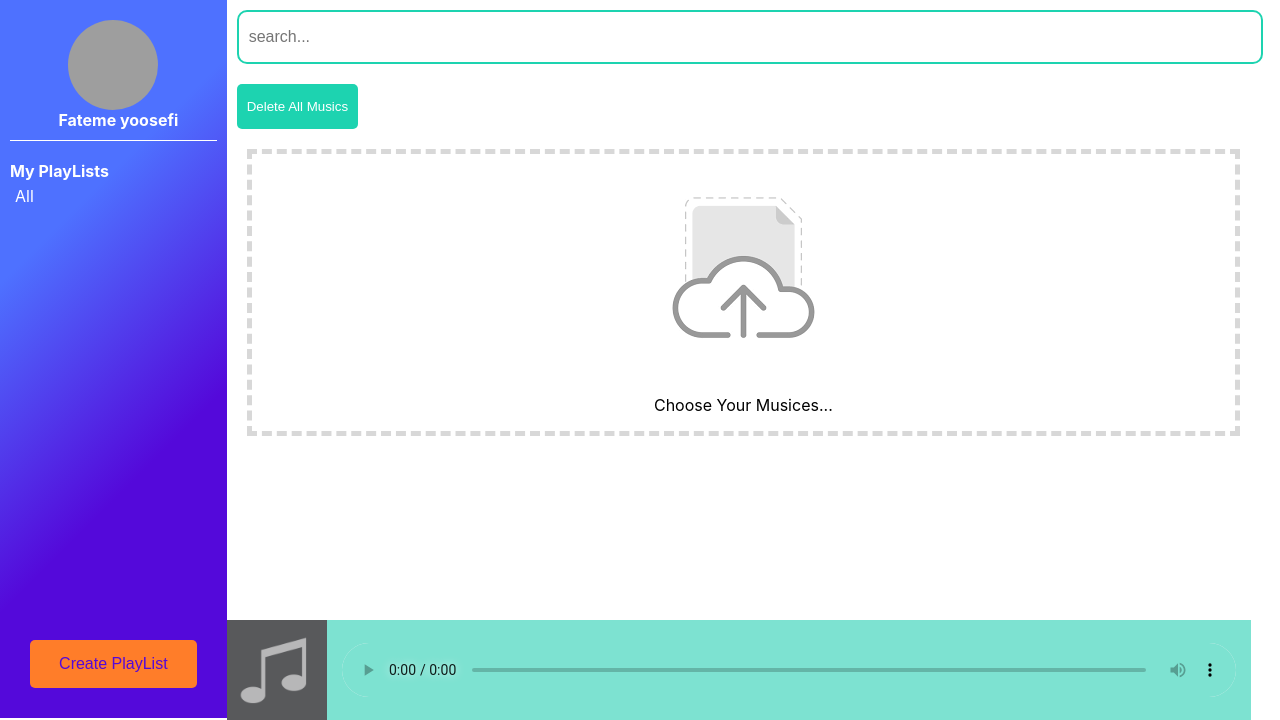
Repository: fateme81yosefi/musicPlayer
Page: /
The author's editor kept a copy of each file at every save. The page is drawn from the files as they stood at one save, then again after the next save.
The browser window is 1280 px wide. The pictures show the whole page.
Pictures or frames that could not be fetched are drawn as grey boxes. The project was rebuilt for these pictures with package versions that can differ from the ones it lists, and the page was loaded fresh each time.

Above is the page before, as saved 2025-06-28 13:52:41.

### src/App.js
import React from 'react';
import FileUploader from './Data/FileUploader/FileUploader';
import MainPage from './Components/MainPage/MainPage';


const App = () => {



  return (
    <div>
      <MainPage />
    </div>
  );
}

export default App;

### src/Data/FileUploader/FileUploader.js
import React, { useState, useEffect } from 'react';
import { useDropzone } from 'react-dropzone';
import { openDB } from 'idb';
import "./FileUploader.css";

const DB_NAME = 'AudioFilesDB';
const DB_VERSION = 1;
const STORE_NAME = 'audioFiles';

const initDB = async () => {
    const db = await openDB(DB_NAME, DB_VERSION, {
        upgrade(db) {
            if (!db.objectStoreNames.contains(STORE_NAME)) {
                const store = db.createObjectStore(STORE_NAME, { keyPath: 'name' });
                store.createIndex('category', 'category');
                store.createIndex('isFav', 'isFav');
            }
        }
    });
    return db;
};

const getStoredFiles = async (db) => {
    const tx = db.transaction(STORE_NAME, 'readonly');
    const store = tx.objectStore(STORE_NAME);
    return await store.getAll();
};

const storeFile = async (db, file) => {
    const tx = db.transaction(STORE_NAME, 'readwrite');
    const store = tx.objectStore(STORE_NAME);
    await store.put(file);
    await tx.done;
};


const FileUploader = ({ handlePlay, query, selectedCategory }) => {
    const [audioFiles, setAudioFiles] = useState([]);
    const [categories, setCategories] = useState([]);
    const [currentCategory, setCurrentCategory] = useState('All');


    const deleteAllFiles = async () => {
        const db = await initDB();
        const tx = db.transaction(STORE_NAME, 'readwrite');
        const store = tx.objectStore(STORE_NAME);
        await store.clear();
        await tx.done;
        window.location.reload()
    };

    useEffect(() => {
        const storedCategories = JSON.parse(localStorage.getItem('categories'));
        if (storedCategories) {
            setCategories(storedCategories);
        }
    }, []);


    useEffect(() => {
        setCurrentCategory(selectedCategory)
    }, [selectedCategory])


    useEffect(() => {
        if (query !== "") {
            setAudioFiles(audioFiles.filter((item) => item.name.toLowerCase().includes(query.toLowerCase())));
        } else {
            const fetchStoredFiles = async () => {
                const db = await initDB();
                const storedFiles = await getStoredFiles(db);
                setAudioFiles(storedFiles.map(file => ({
                    ...file,
                    data: URL.createObjectURL(new Blob([file.data], { type: file.type }))
                })));
            };

            fetchStoredFiles();
        }
    }, [query]);

    useEffect(() => {
        const fetchStoredFiles = async () => {
            const db = await initDB();
            const storedFiles = await getStoredFiles(db);
            setAudioFiles(storedFiles.map(file => ({
                ...file,
                data: URL.createObjectURL(new Blob([file.data], { type: file.type }))
            })));
        };

        fetchStoredFiles();
    }, []);

    const onDrop = async (acceptedFiles) => {
        const mp3Files = acceptedFiles.filter((file) => file.name.endsWith('.mp3'));

        const db = await initDB();

        for (const file of mp3Files) {
            const fileData = await file.arrayBuffer();
            await storeFile(db, { name: file.name, type: file.type, data: fileData, category: '' });
        }

        const storedFiles = await getStoredFiles(db);
        setAudioFiles(storedFiles.map(file => ({
            ...file,
            data: URL.createObjectURL(new Blob([file.data], { type: file.type }))
        })));
    };

    const handleCategoryChange = async (file, category) => {
        const updatedFile = { ...file, category };

        const db = await initDB();
        await storeFile(db, updatedFile);

        const storedFiles = await getStoredFiles(db);
        setAudioFiles(storedFiles.map(f => ({
            ...f,
            data: URL.createObjectURL(new Blob([f.data], { type: f.type }))
        })));
    };

    const { getRootProps, getInputProps } = useDropzone({ onDrop });

    return (
        <div className='containSingle'>

            <button className='deleteAll' onClick={deleteAllFiles}>Delete All Musics</button>
            {audioFiles
                .filter(file => currentCategory === "All" || file.category === currentCategory)
                .map((file, index) => (
                    <div className='singleSelectedAudio' key={index}>
                        <div className='row'>
                            <div className='containDetails'>
                                <img className='cover' alt="cover" src='/song_cover.png' />
                                <span className='name'>{file.name}</span>
                            </div>
                            <div className='row'>
                                <select
                                    value={file.category}
                                    onChange={(e) => handleCategoryChange(file, e.target.value)}
                                >
                                    <option value="">Select Category</option>
                                    {categories.map((category, index) => (
                                        <option key={index} value={category}>{category}</option>
                                    ))}
                                </select>
                                <button className='btnPlay' onClick={() => handlePlay(file)}>
                                    <img className='play' alt='icon' src='/play-button.svg' />
                                </button>
                            </div>
                        </div>
                        <audio className='selectedAudio' src={file.data} key={index} controls />
                    </div>
                ))}


            <div {...getRootProps()}>
                <input {...getInputProps()} />
                <div className='chooseFile'>
                    <img alt='drag file' src='/images.png' />
                    <p> Choose Your Musices...</p>
                </div>
            </div>
        </div>
    );
};

export default FileUploader;

### src/Components/MainPage/MainPage.js
import React, { useState, useEffect } from 'react';
import Modal from 'react-modal';
import FileUploader from "../../Data/FileUploader/FileUploader";
import "./MainPage.css";

const MainPage = () => {
    const [category, setCategory] = useState('');
    const [categories, setCategories] = useState([]);
    const [currentMusic, setCurrentMusic] = useState({});
    const [showModal, setShowModal] = useState(false);
    const [searchQuery, setSearchQuery] = useState('');
    const [selectedCategory, setSelectedCategory] = useState('');


    useEffect(() => {
        const storedCategories = JSON.parse(localStorage.getItem('categories'));
        if (storedCategories) {
            setCategories(storedCategories);
        }
    }, []);

    const handleAddCategory = () => {
        if (category) {
            const updatedCategories = [...categories, category];
            setCategories(updatedCategories);
            setCategory('');
            localStorage.setItem('categories', JSON.stringify(updatedCategories));
            setShowModal(false)
        }
    };

    const handlePlay = (file) => {
        setCurrentMusic(file);
    };


    return (
        <div className="container">
            <Modal
                isOpen={showModal}
                contentLabel="Create Playlist"
                className="modalCategory"
            >
                <h2>Create Playlist</h2>
                <input
                    type="text"
                    value={category}
                    placeholder='Enter Your Playlist Name'
                    onChange={(e) => setCategory(e.target.value)}
                />
                <button onClick={handleAddCategory}>Confirm</button>
            </Modal>

            <div className="leftMenue">
                <div className="top">
                    <div className="imageProfile">
                        <img src="https://encrypted-tbn0.gstatic.com/images?q=tbn:ANd9GcRXJA32WU4rBpx7maglqeEtt3ot1tPIRWptxA&s" alt="Profile" />
                        <div className="name">Fateme yoosefi</div>
                    </div>
                    <div className="categories">
                        <div className='playlist'>My PlayLists</div>
                        <div className='category' onClick={() => { setSelectedCategory('') }}>All</div>
                        {
                            categories.map((item, index) => <div key={index} className='category' onClick={() => { setSelectedCategory(item) }}>{item}</div>)
                        }
                    </div>
                </div>
                <button className='create' onClick={() => setShowModal(true)}>Create PlayList</button>
            </div>
            <div className="rightPage">
                <input className='inputSearch' placeholder="search..." onChange={(e) => setSearchQuery(e.target.value)}
                />
                <FileUploader handlePlay={handlePlay} query={searchQuery} selectedCategory={selectedCategory} />
                <div className="currentlyPlay">
                    <img src="/song_cover.png" alt="کاور آهنگ" />
                    <div className="containName">
                        <span className="musicName">{currentMusic.name}</span>
                        <audio id="player" src={currentMusic.data} controls ></audio>
                    </div>
                </div>
                <div>
                </div>
            </div>
        </div>
    )
};

export default MainPage;

### src/Data/FileUploader/FileUploader.css
.chooseFile{
    border: 5px dashed rgb(216, 216, 216);
    display: flex;
    flex-direction: column;
    align-items: center;
    justify-content: space-around;
    margin: 10px;
    margin-bottom: 100px;
}
.selectedAudio::-webkit-media-controls-panel{
    background-color: rgb(211, 211, 211);
    border: none;
}
.selectedAudio{
    border-radius: 0;
    background-color:  rgb(211, 211, 211);
    padding: 20px;
    width: 100% !important;
    display: none;
}
.singleSelectedAudio{
    background-color:  rgb(255, 255, 255);
    border-bottom: 1px solid rgb(238, 238, 238);
}
.row{
    display: flex;
    flex-direction: row;
    justify-content: space-between;
}

.cover{
   width: 40px;
   height: 40px;
}
.containDetails{
    display: flex;
    flex-direction: row;
    align-items: center;
    justify-content: center;
}

.containSingle{
    padding: 10px;
}
.name{
    margin-left: 10px;
}
.play{
    width: 30px;
    height:30px;
}
.btnPlay{
    background-color: transparent;
    border: none;
}

.deleteAll{
    background-color: #1dd3b0;
    margin-bottom: 10px;
    padding: 15px 10px;
    border-radius: 5px;
    border: none;
    color: #ffff;

}
select{
    background-color: #1dd3b0;
    padding: 10px;
    border: none;
    color: white;
}

### src/Components/MainPage/MainPage.css
.container {
  display: flex;
  flex-direction: row;
  background-color: #ffffff;
}
.leftMenue {
  background: linear-gradient(
    135deg,
    #4E71FF 0%,
    #4E71FF 30%,
    #5409DA 65%,
    #5409DA 100%
  );
  width: 20%;
  height: 97vh;
  display: flex;
  flex-direction: column;
  justify-content: space-between;
  padding: 10px;
}
.imageProfile {
  display: flex;
  flex-direction: column;
  align-items: center;
  border-bottom: 1px solid white;
  padding: 10px;
  color: #ffffff;
  font-weight: bold;
  justify-content: space-between;
}

.imageProfile img {
  border-radius: 100%;
  width: 90px;
  height: 90px;
}
.playlist {
  font-size: medium;
  color: #ffffff;
  font-weight: bold;
  margin-top: 20px;
}
.rightPage {
  width: 100%;
  height: 100vh;
  position: relative;
  padding: 0 20px 0 0;
  padding-left: 0;
}
.rightPage input {
  width: 97%;
  height: 40px;
  font-size: medium;
}
.currentlyPlay {
  display: flex;
  flex-direction: row;
  align-items: center;
  background-color: #7de2d1;
  height: 100px;
  bottom: 0;
  position: fixed;
  width: 80%;
}
.currentlyPlay img {
  width: 100px;
  height: 100px;
}
.containName {
  width: 100%;
  padding: 15px;
}
.musicName {
  font-weight: bold;
}
audio {
  width: 100%;
  display: flex;
  flex-direction: column;
  border: none;
}

audio::-webkit-media-controls-panel {
  background-color: #7de2d1;
  border: none;
}
.rightPage {
  overflow: scroll;
}
.modalCategory {
  position: fixed;
  background-color: #7de2d1;
  top: 50%;
  left: 50%;
  transform: translate(-50%, -50%);
  width: 30%;
  display: flex;
  flex-direction: column;
  align-items: center;
  justify-content: center;
  color: white;
}
.modalCategory input {
  padding: 10px;
  margin-bottom: 10px;
  width: 80%;
}
.modalCategory button {
  background-color: #1dd3b0;
  margin-bottom: 10px;
  padding: 15px 10px;
  border-radius: 5px;
  border: none;
  color: #ffff;
}

.category {
  font-size: medium;
  color: #ffffff;
  margin-left: 5px;
  margin: 5px;
}

.inputSearch {
  margin: 10px;
  border: 2px solid #1dd3b0;
  padding: 5px 10px;
  border-radius: 10px;
}

.create {
  padding: 15px 4px;
  border-radius: 5px;
  margin: 20px;
  background-color: #FF7D29;
  border: none;
  color: #5409DA;
  font-size: medium;
}
h3,
h4 {
  color: white;
}

Loaded but not shown: public/index.html (common file); src/index.js (common file); src/index.css (common file); src/reportWebVitals.js (common file)

After the next save:
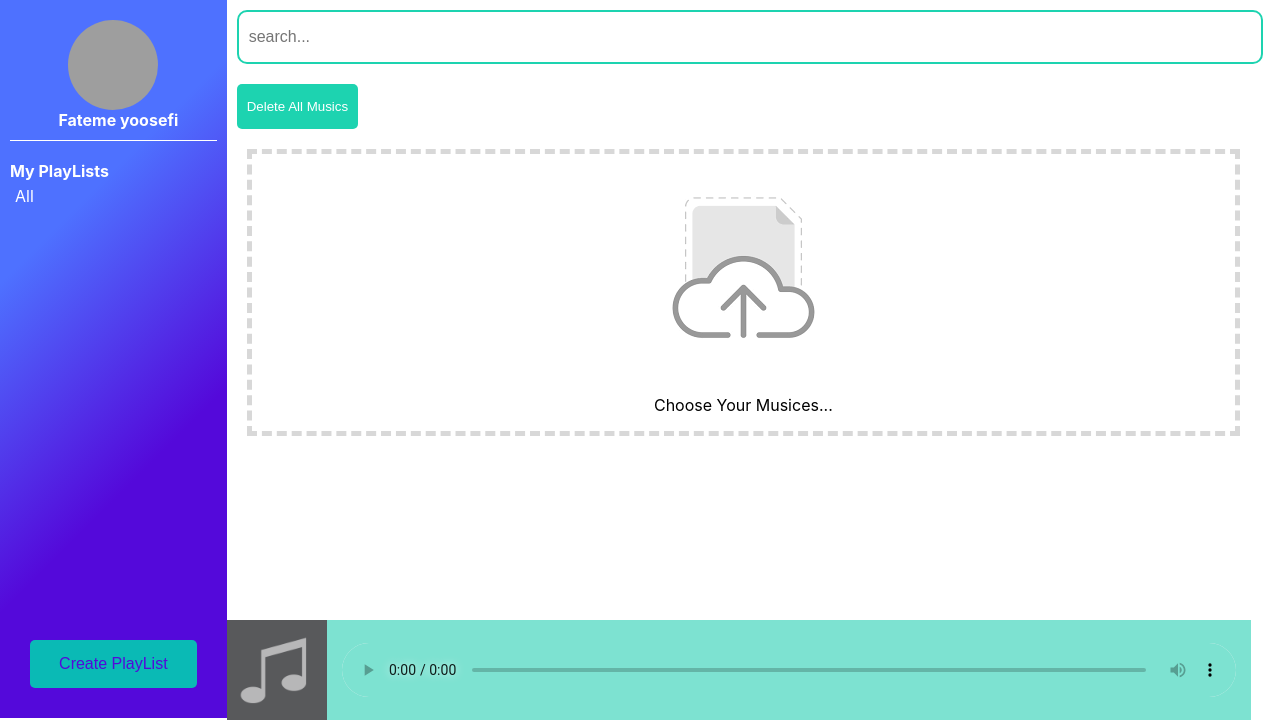
Saved 9 s later.
--- a/src/Components/MainPage/MainPage.css
+++ b/src/Components/MainPage/MainPage.css
@@ -132,7 +132,7 @@ audio::-webkit-media-controls-panel {
   padding: 15px 4px;
   border-radius: 5px;
   margin: 20px;
-  background-color: #FF7D29;
+  background-color: #0ABAB5;
   border: none;
   color: #5409DA;
   font-size: medium;
